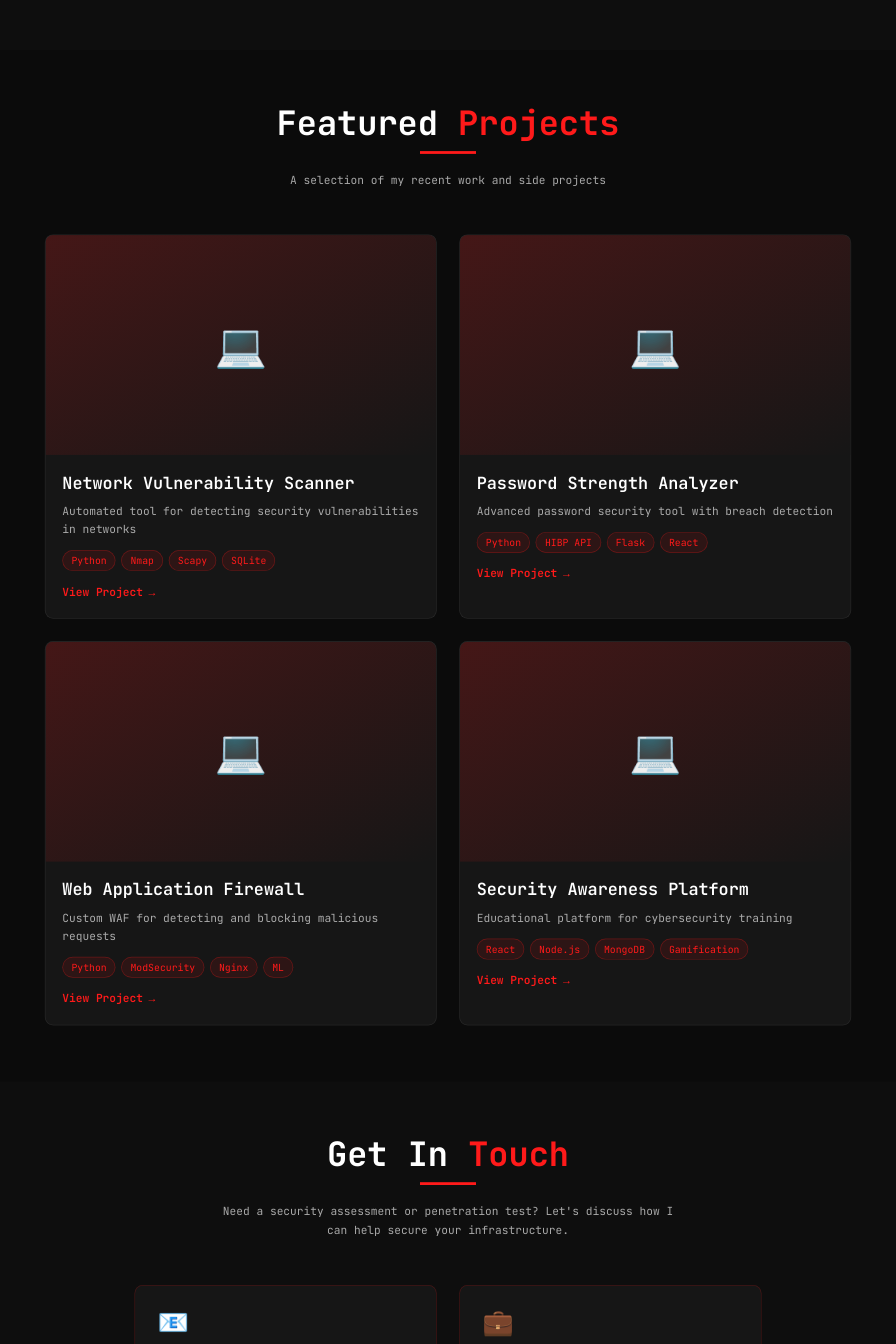
Repository: Eyub-Abdi/portfolio
Page: /
The author's editor kept a copy of each file at every save. The page is drawn from the files as they stood at one save, then again after the next save.
The browser window is 1280 px wide. The pictures show the part of the page from y = 2257 to 4177 px (the page is 5004 px tall before and 5032 px after), at 70% of full size.
The project was rebuilt for these pictures with package versions that can differ from the ones it lists, and the page was loaded fresh each time. Also part of the build but not shown: vite.config.ts.

Above is the page before, as saved 2025-12-02 11:22:09.

After the next save:
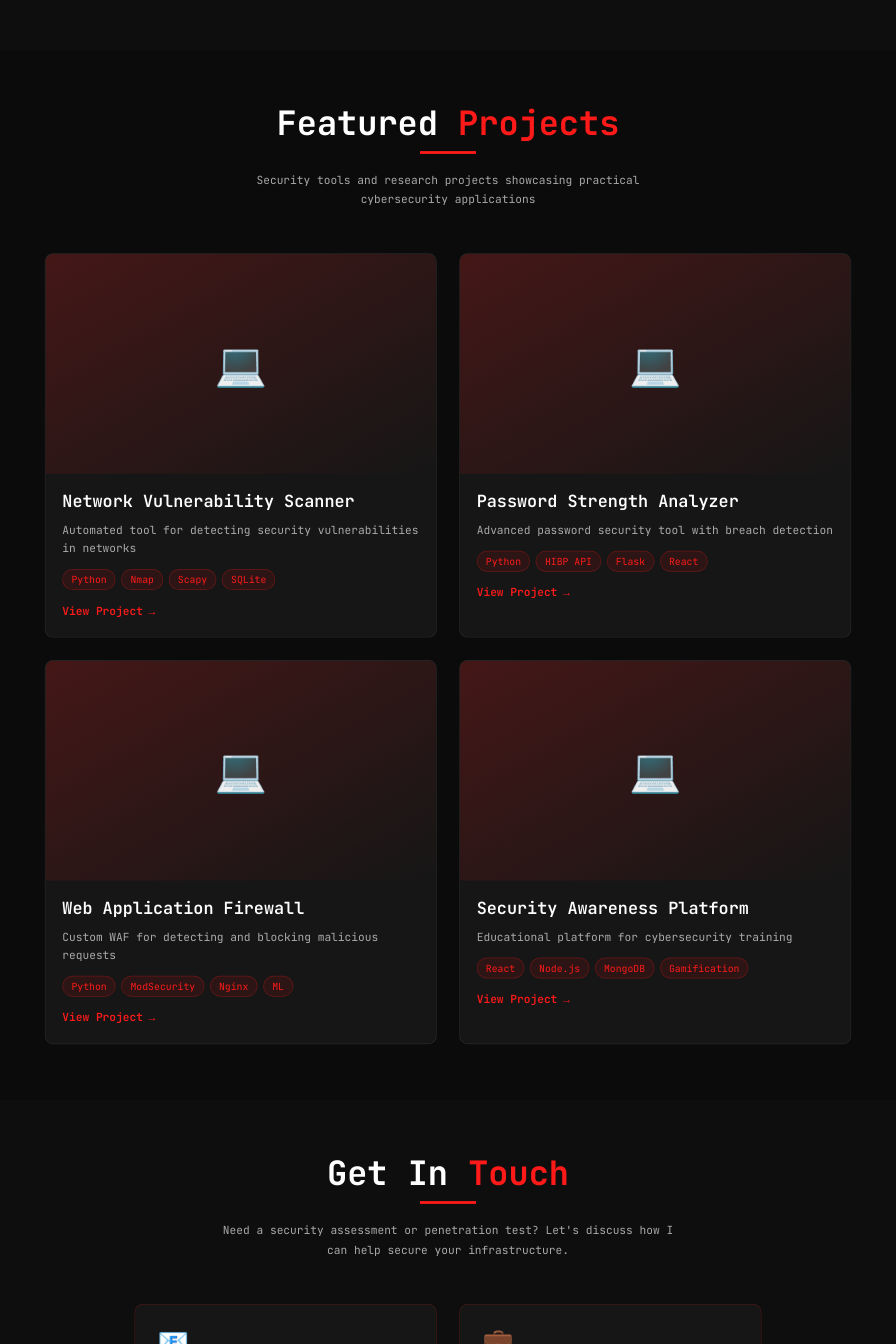
Saved 21 s later.
--- a/src/App.tsx
+++ b/src/App.tsx
@@ -256,7 +256,9 @@ function App() {
               Featured <span className="text-red-terminal">Projects</span>
             </h2>
             <div className="w-20 h-1 bg-red-terminal mx-auto mb-6"></div>
-            <p className="text-gray-text/80 max-w-2xl mx-auto">A selection of my recent work and side projects</p>
+            <p className="text-gray-text/80 max-w-2xl mx-auto">
+              Security tools and research projects showcasing practical cybersecurity applications
+            </p>
           </div>
 
           <div className="grid grid-cols-1 md:grid-cols-2 gap-8">
